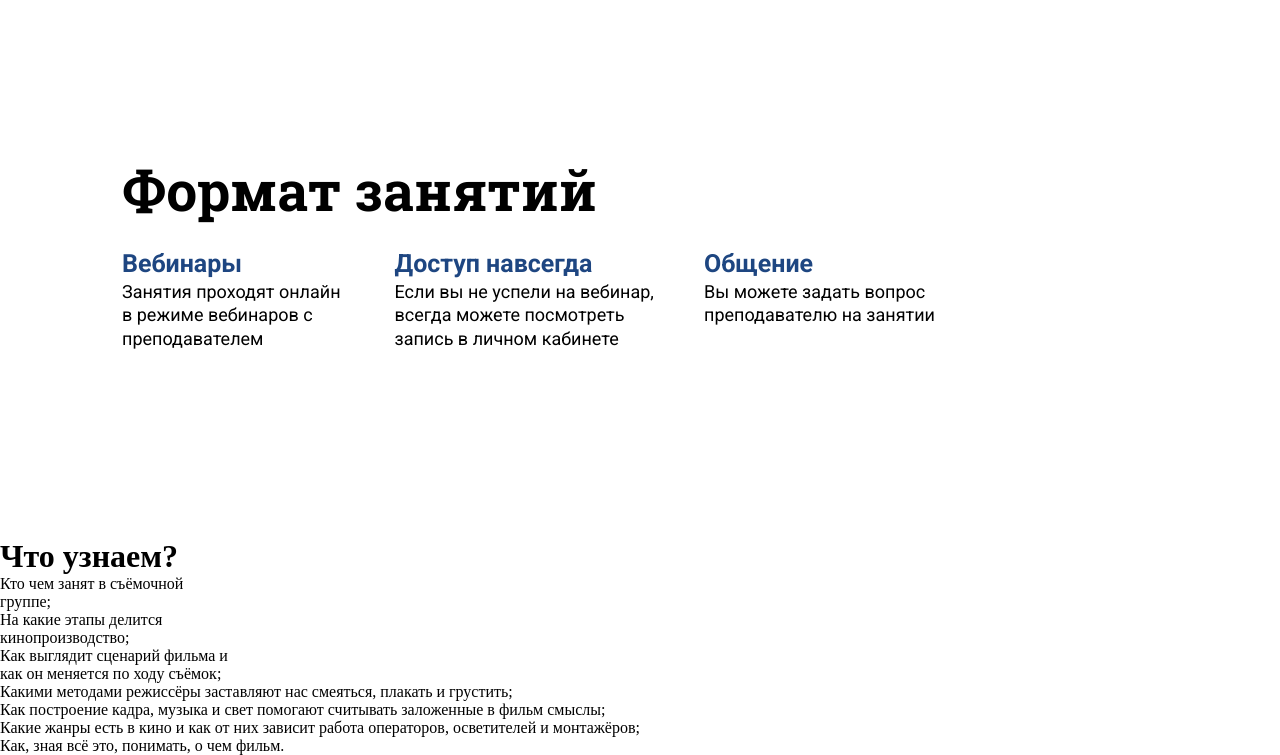
Repository: mirali879/previous-proj
Page: index.html
An editor plug-in stored every save of this project. The page is shown before and after a run of saves, followed by the edit.
The browser window is 1280 px wide. The pictures show the whole page.

Above is the page before, as saved 2023-05-06 19:23:20.

### index.html
<!DOCTYPE html>
<html lang="en">
  <head>
    <meta charset="UTF-8" />
    <meta http-equiv="X-UA-Compatible" content="IE=edge" />
    <meta name="viewport" content="width=device-width, initial-scale=1.0" />
    <link rel="stylesheet" href="/style.css" />
    <title>Document</title>
  </head>
  <body>
    <div class="page-1">
      <h1>Формат занятий</h1>

      <ul>
        <li >
          <h3>Вебинары</h3>
          <span
            >Занятия проходят онлайн в режиме вебинаров с преподавателем</span
          >
        </li>
        <li >
          <h3>Доступ навсегда</h3>
          <span
            >Если вы не успели на вебинар, всегда можете посмотреть запись в
            личном кабинете</span
          >
        </li>
        <li >
          <h3>Общение</h3>
          <span>Вы можете задать вопрос преподавателю на занятии</span>
        </li>
      </ul>
    </div>

    <div class="container">
      <h1>Что узнаем?</h1>

      <div class="row">
        <ul class="list">
          <li>Кто чем занят в съёмочной группе;</li>
          <li>На какие этапы делится кинопроизводство;</li>
          <li>
            Как выглядит сценарий фильма и как он меняется по ходу съёмок;
          </li>
          <li>
            Какими методами режиссёры заставляют нас смеяться, плакать и
            грустить;
          </li>
          <li>
            Как построение кадра, музыка и свет помогают считывать заложенные в
            фильм смыслы;
          </li>
          <li>
            Какие жанры есть в кино и как от них зависит работа операторов,
            осветителей и монтажёров;
          </li>
          <li>Как, зная всё это, понимать, о чем фильм.</li>
        </ul>
      </div>
    </div>

    <!-- <div class="container2">
        <h1>Программа курса</h1>
        <div class="box-row">
            <div class="box">
                <img src="/images/pic-1.png" alt="">
                <h3>1. Как создают кино</h3>
                <div class="div">
                    8 сентября 20:00 Данила Кузнецов
                </div>
            </div>

            <div class="box">
                <img src="/images/pic-1.png" alt="">
                <h3>1. Как создают кино</h3>
                <div class="div">
                    8 сентября 20:00 Данила Кузнецов
                </div>
            </div>

            <div class="box">
                <img src="/images/pic-1.png" alt="">
                <h3>1. Как создают кино</h3>
                <div class="div">
                    8 сентября 20:00 Данила Кузнецов
                </div>
            </div>

            <div class="box">
                <img src="/images/pic-1.png" alt="">
                <h3>1. Как создают кино</h3>
                <div class="div">
                    8 сентября 20:00 Данила Кузнецов
                </div>
            </div>

            <div class="box">
                <img src="/images/pic-1.png" alt="">
                <h3>1. Как создают кино</h3>
                <div class="div">
                    8 сентября 20:00 Данила Кузнецов
                </div>
            </div>

            <div class="box">
                <img src="/images/pic-1.png" alt="">
                <h3>1. Как создают кино</h3>
                <div class="div">
                    8 сентября 20:00 Данила Кузнецов
                </div>
            </div>

            <div class="box">
                <img src="/images/pic-1.png" alt="">
                <h3>1. Как создают кино</h3>
                <div class="div">
                    8 сентября 20:00 Данила Кузнецов
                </div>
            </div>

            <div class="box">
                <img src="/images/pic-1.png" alt="">
                <h3>1. Как создают кино</h3>
                <div class="div">
                    8 сентября 20:00 Данила Кузнецов
                </div>
            </div>
        </div>
    </div> -->
  </body>
</html>

### style.css
@import url("https://fonts.googleapis.com/css2?family=Roboto+Slab:wght@700&family=Roboto:wght@400;700&display=swap");
* {
  margin: 0;
  padding: 0;
}

/* .page-1 {
  padding: 162px 344px 188px 122px;
}

.page-1 h1 {
  font-family: Roboto Slab;
  font-size: 55px;
  font-weight: 700;
  text-align: left;
}

ul {
  background-color: aqua;
  display: flex;
}
li {
  margin-right: 112px;
}
.col-1 {
  width: 223px;
}
.col-2 {
  width: 271px;
}
.col-3 {
  width: 245px;
}

ul .col h3 {
  font-family: Roboto;
  font-size: 25px;
  font-weight: 700;
  line-height: 32px;
  letter-spacing: 0em;
  text-align: left;
}

.col span {
  font-family: Roboto;
  font-size: 18px;
  font-weight: 400;
  line-height: 23px;
  letter-spacing: 0em;
  text-align: left;
}

.list{
    width: 666px;
}

.list li {
  font-family: Roboto;
  font-size: 24px;
  font-weight: 400;
  line-height: 36px;
  letter-spacing: 0em;
  text-align: left;
}


.container2{
    padding: 0 85px 0 85px;
}

.box-row{
    display: flex;
    background-color: aqua;
    width: 100%;
    flex-wrap: wrap;

}


.box-row .box{
    width: 399px;
} */

.page-1 {
  padding: 162px 344px 188px 122px;
}
.page-1 h1 {
  font-family: "Roboto Slab";
  font-style: normal;
  font-weight: 700;
  font-size: 55px;
  line-height: 101.38%;
}
.page-1 ul {
  margin-top: 30px;
  display: flex;
  justify-content: space-between;
}
.page-1 li {
  list-style-type: none;
}
li:nth-child(1) {
  width: 223px;
}
li:nth-child(2) {
  width: 260px;
}
li:nth-child(3) {
  width: 232px;
}
.page-1 ul li h3 {
  font-family: "Roboto";
  font-style: normal;
  font-weight: 700;
  font-size: 25px;
  line-height: 130%;
  color: #1e4681;
}
.page-1 ul li span {
  font-family: "Roboto";
  font-style: normal;
  font-weight: 400;
  font-size: 18px;
  line-height: 130%;
  color: #000000;
}

After the next 2 saves:
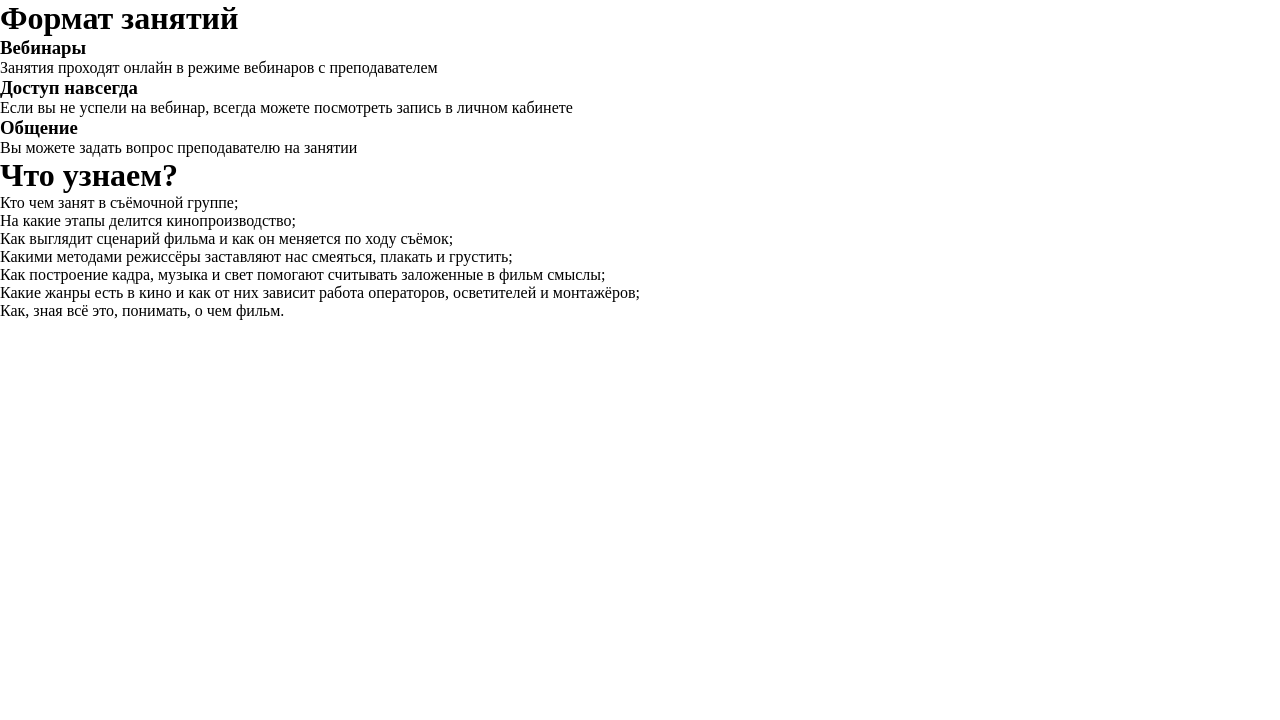
The 2 saves are shown as one change because they came seconds apart.
The last was saved 54 s later.
--- a/style.css
+++ b/style.css
@@ -3,7 +3,7 @@
   margin: 0;
   padding: 0;
 }
-
+/*
 /* .page-1 {
   padding: 162px 344px 188px 122px;
 }
@@ -79,7 +79,7 @@ ul .col h3 {
 
 .box-row .box{
     width: 399px;
-} */
+}
 
 .page-1 {
   padding: 162px 344px 188px 122px;
